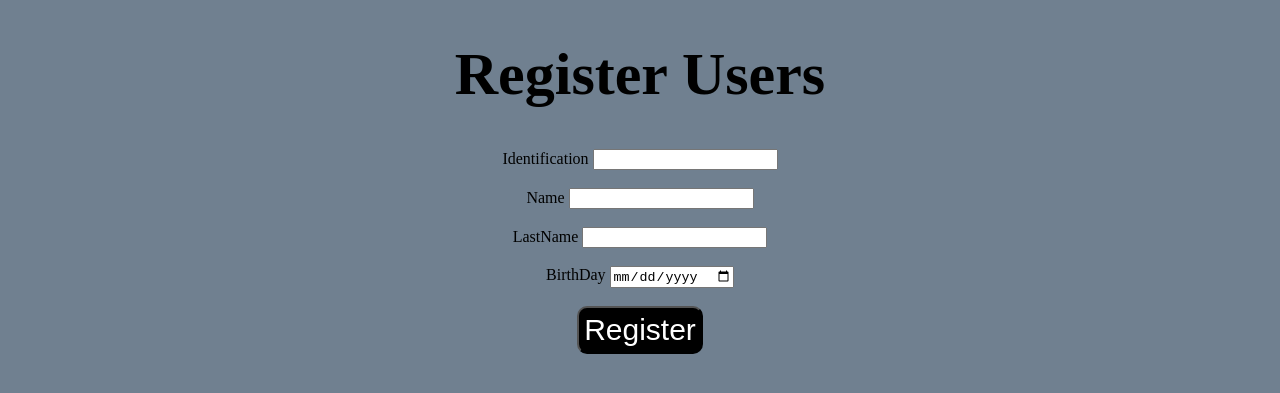
Repository: Andres-Velasco07/app-cym-repo
Page: templates/register.html
The author's editor kept a record of every edit. The page is drawn from the files as they stood at one moment, then again after the next edit.
The browser window is 1280 px wide. The pictures show the whole page.

Above is the page before.

### templates/register.html
<!DOCTYPE html>
<html>
    <head>
        <meta http-equiv="content-type" content="text/html; charset=utf-8" />
        <title>Web Page</title>
        <link rel="stylesheet" href="../static/css/styleregister.css" type="text/css" />
        <script  src="../static/js/appregister.js"  type="text/javascript" charset="utf-8"></script>
    </head>
    <body>
        <h1>Register Users</h1>
        <form>
            <label>Identification</label> <input type="number"/> <br> <br>
            <label>Name</label> <input type="text"/> <br> <br>
            <label>LastName</label> <input type="text"/> <br> <br>
            <label>BirthDay</label> <input type="date"/> <br> <br>
            <button onClick = 'registerUser()'> Register </button>
        </form>
    </body>
</html>

### static/css/styleregister.css
h1 {
    text-align: center;
    font-size: 60px;
}

div {
    text-align: center;
}

body {
    background-color: slategrey;
}

button {
    font-size: 30px;
    background-color: black;
    color: white;
    border-radius: 10px;
    padding: 5px;
    margin-right: 2%;
    margin-left: 2%;
}

form {
    text-align: center;
}

### static/js/appregister.js
function registerUser(){
    alert('boton de registrar usuario clickeado')
}

After the next edit:
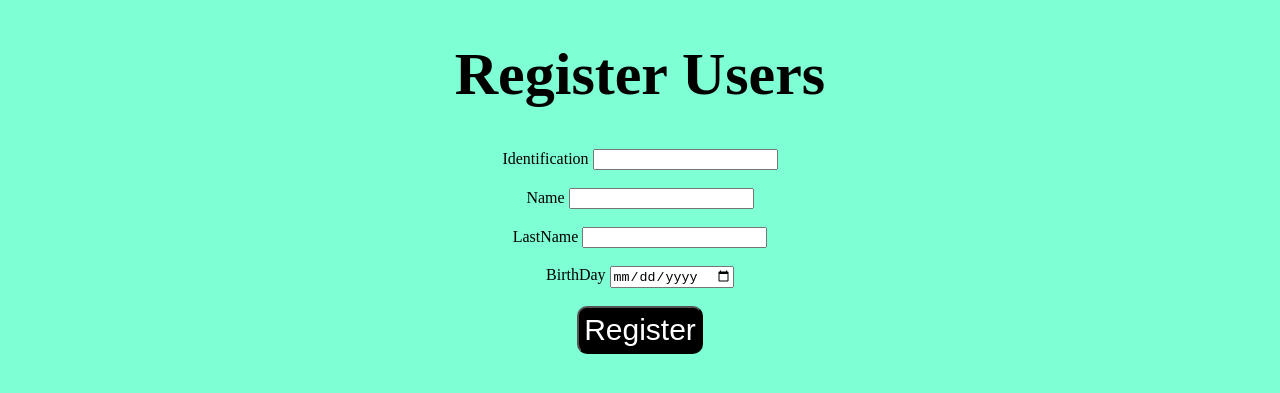
The edit:
--- a/static/css/styleregister.css
+++ b/static/css/styleregister.css
@@ -8,7 +8,7 @@
 }
 
 body {
-    background-color: slategrey;
+    background-color: aquamarine;
 }
 
 button {
